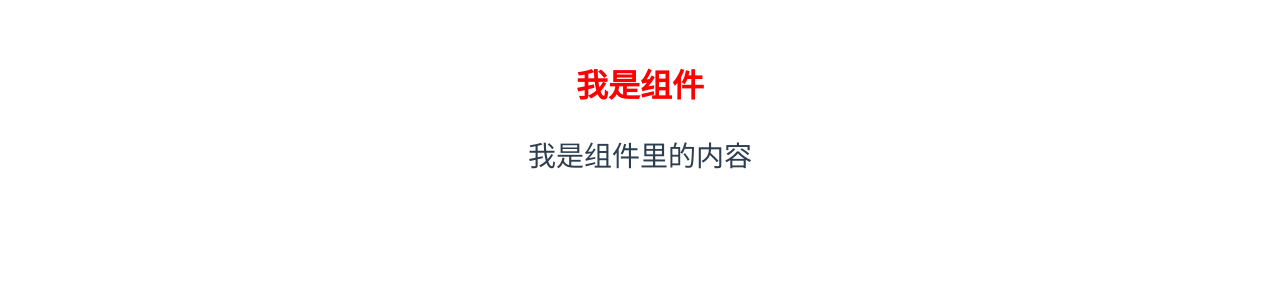
Repository: 12baby/project
Page: /#/about
The author's editor kept a copy of each file at every save. The page is drawn from the files as they stood at one save, then again after a run of saves.
The browser window is 1280 px wide. The pictures show the whole page.
The project was rebuilt for these pictures with package versions that can differ from the ones it lists, and the page was loaded fresh each time. Also part of the build but not shown: vue.config.js, src/views/Home.vue.

Above is the page before, as saved 2019-04-09 14:46:07.

### src/main.js
import Vue from "vue";
import App from "./App.vue";
import router from "./router/index";
import store from "./store/index";
import * as axios from "./common/Utils/Http";

Vue.config.productionTip = false;
Vue.prototype.axios = axios;
new Vue({
  router,
  store,
  render: h => h(App)
}).$mount("#app");

### src/App.vue
<template>
  <div id="app">
    <HelloWorld msg="我是组件"/>
     <router-view></router-view>
  </div>
</template>

<script>
import HelloWorld from './components/HelloWorld/HelloWorld.vue'

export default {
  name: 'app',
  components: {
    HelloWorld
  }
}
</script>

<style>
#app {
  font-family: 'Avenir', Helvetica, Arial, sans-serif;
  -webkit-font-smoothing: antialiased;
  -moz-osx-font-smoothing: grayscale;
  text-align: center;
  color: #2c3e50;
  margin-top: 60px;
}
</style>

### src/router/index.js
import Vue from 'vue';
import Router from 'vue-router';
import Home from '../views/Home.vue';
import Store from '../store/index.js'


Vue.use(Router);

/**
 * mate对象中属性的说明
 *
 * requireAuth   是否缓存组件 true-缓存 false-不缓存   注：属性不存在等同于false
 * loading       全局loading显示  true-显示 false-不显示 注：属性不存在等同于false
 *  */
let arry = [
  {
    path: '/',
    name: 'home',
    component: Home,
    meta: { requireAuth: false }
  },
  {
    path: '/about',
    name: 'About',
    component: () => import(/* webpackChunkName: "about" */ '../views/About.vue')
  }
]

const router = new Router();
// 路由跳转
router.beforeEach((to, from, next) => {

  // 是否显示全局loading加载
  if (to.meta.loading) {
    Store.state.globalLoading = true;
  } else {
    Store.state.globalLoading = false;
  }

  next();
})

export default router

### src/store/index.js
import Vue from 'vue';
import Vuex from 'vuex';
import Order from './Order/order.js'; // 其他页面的一个 vuex
Vue.use(Vuex);

const store = new Vuex.Store({
  state: {
    globalLoading: false  // 全局loading加载显示
  },
  getters: {

  },
  mutations: {

  },
  actions: {

  },
  modules: {
    Order: Order
  }
})

export default store

### src/common/Utils/Http.js
// 引用axios
import axios from "axios";


if (process.env.NODE_ENV == "production") {
  axios.defaults.baseURL = "../";
} else {
  axios.defaults.baseURL = "/api";
}

axios.interceptors.request.use(
  config => {
    // 包装请求参数
    let requestData = config.data;
    config.data = JSON.stringify(requestData);
    // console.log("request data:", config.url, config.data)
    setHeader(config);
    return config;
  },
  err => {
    return Promise.reject(err);
  }
);

/**
 * 设置header信息
 * @param config
 */
function setHeader(config) {
  let time = new Date().getTime();
  // let token = getToken();
  let token = '702_2c9d6246dfdb97065811517fb509ffa5'
  config.headers["Content-Type"] = "application/json";
  config.headers["time"] = time;
  config.headers["token"] = token;
  config.headers["sign"] = sign;
}

/**
 * fetch 请求方法
 * @param url
 * @param params
 * @returns {Promise}
 */
export function fetch(url, params = {}) {
  return new Promise((resolve, reject) => {
    axios
      .get(url, {
        params: params
      })
      .then(response => {
        resolve(response.data);
      })
      .catch(err => {
        reject(err);
      });
  });
}

/**
 * post 请求方法
 * @param url
 * @param data
 * @returns {Promise}
 */
export function post(url, data = {}) {
  return new Promise((resolve, reject) => {
    axios.post(url, data).then(
      response => {
        resolve(response.data);
      },
      err => {
        reject(err);
      }
    );
  });
}

/**
 * patch 方法封装
 * @param url
 * @param data
 * @returns {Promise}
 */
export function patch(url, data = {}) {
  return new Promise((resolve, reject) => {
    axios.patch(url, data).then(
      response => {
        resolve(response.data);
      },
      err => {
        reject(err);
      }
    );
  });
}

/**
 * put 方法封装
 * @param url
 * @param data
 * @returns {Promise}
 */
export function put(url, data = {}) {
  return new Promise((resolve, reject) => {
    axios.put(url, data).then(
      response => {
        resolve(response.data);
      },
      err => {
        reject(err);
      }
    );
  });
}





/**
 * 设置storage
 * @param name
 * @param value
 */
export function setStorageItem(name, value) {
  if (value) {
    window.sessionStorage.setItem(name, JSON.stringify(value));
  }
}

/**
 * 获取storage
 * @param name
 * @param value
 */
export function getStorageItem(name) {
  let value = window.sessionStorage.getItem(name);
  return value == null ? '' : JSON.parse(value);
}

/**
 * 删除storage
 * @param name
 * @param value
 */
export function delStorageItem(name) {
  window.sessionStorage.removeItem(name);
}

/**
 * 清空storage
 * @param name
 * @param value
 */
export function clearStorage() {
  window.sessionStorage.clear();
}

/** *************************************************** 业务方法 ***************************************************/
/**
 * 设置用户
 * @returns {*}
 */
export function setUser(user) {
  return setStorageItem('user', user);
}
/**
 * 获取用户
 * @returns {*}
 */
export function getUser() {
  return getStorageItem('user');
}
/**
 * 设置用户token
 * @returns {*}
 */
export function setToken(token) {
  return setStorageItem('token', token);
}

/**
 * 获取用户token
 * @returns {*}
 */
export function getToken() {
  return getStorageItem('token');
}

### src/components/HelloWorld/HelloWorld.vue
<template>
  <div class="hello">
    <h1>{{ msg }}</h1>
    <p>我是组件里的内容</p>
  </div>
</template>

<script>
export default {
  name: "HelloWorld",
  props: {
    msg: String,
  },
  methods: {
    getData(){

    }
  }
};
</script>
<style scoped lang="less">
@import url("../HelloWorld/less/index.less");
</style>

### src/store/Order/order.js
const Order = {
  namespaced: true,
  state: {

  },
  actions: {

  },
  mutations: {

  }
}
export default Order;

### src/components/HelloWorld/less/index.less
.hello{
    h1{
        color: red
    }
    p{
        font-size: 28px;
    }
}

Loaded but not shown: public/index.html (common file)

After the next 2 saves:
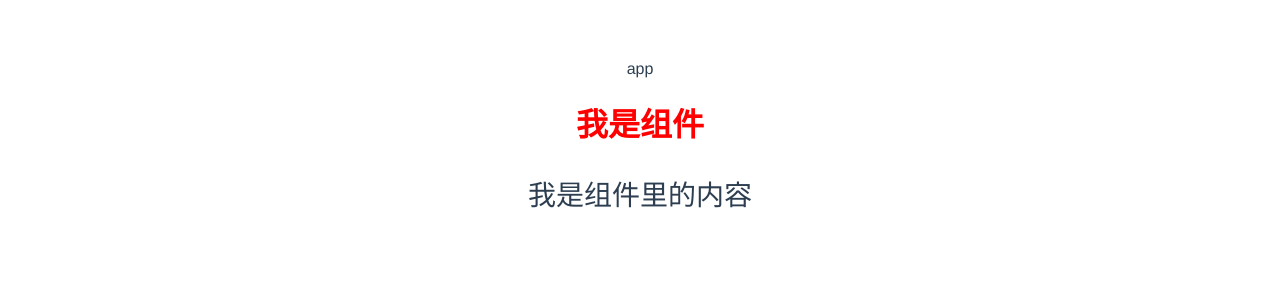
The 2 saves are shown as one change because they came seconds apart.
The last was saved 23 s later.
--- a/src/App.vue
+++ b/src/App.vue
@@ -1,5 +1,6 @@
 <template>
   <div id="app">
+    app
     <HelloWorld msg="我是组件"/>
      <router-view></router-view>
   </div>
